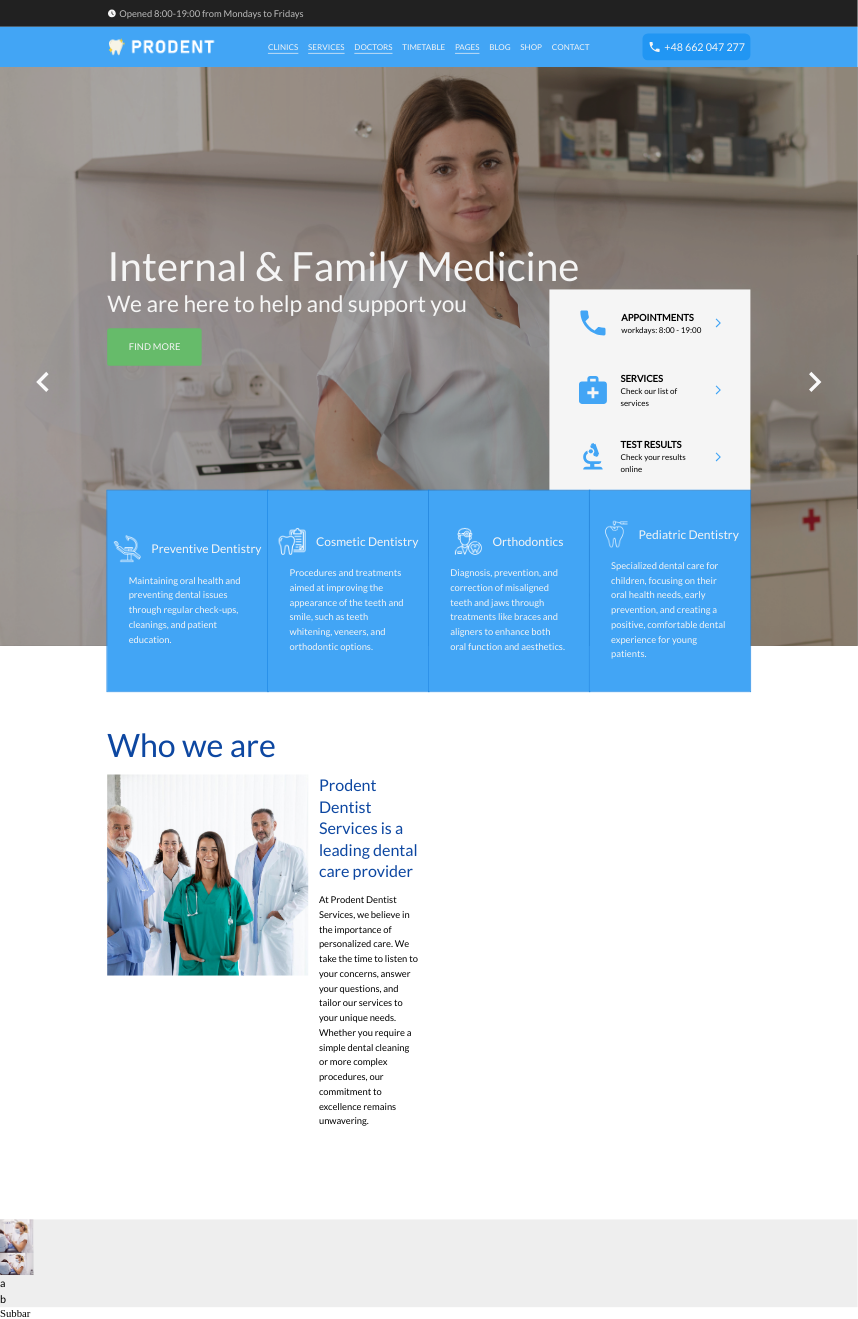
Repository: princ3-web/8
Page: /
These files come from the project's save history. The page is drawn as it stood at one moment and after the next save; the edit follows.
The browser window is 1280 px wide. The pictures show the whole page, at 67% of full size.
The project was rebuilt for these pictures with package versions that can differ from the ones it lists, and the page was loaded fresh each time. Also part of the build but not shown: vite.config.js, src/subpages/About.jsx, src/index.css.

Above is the page before, as saved 2023-11-02 15:30:07.

After the next save:
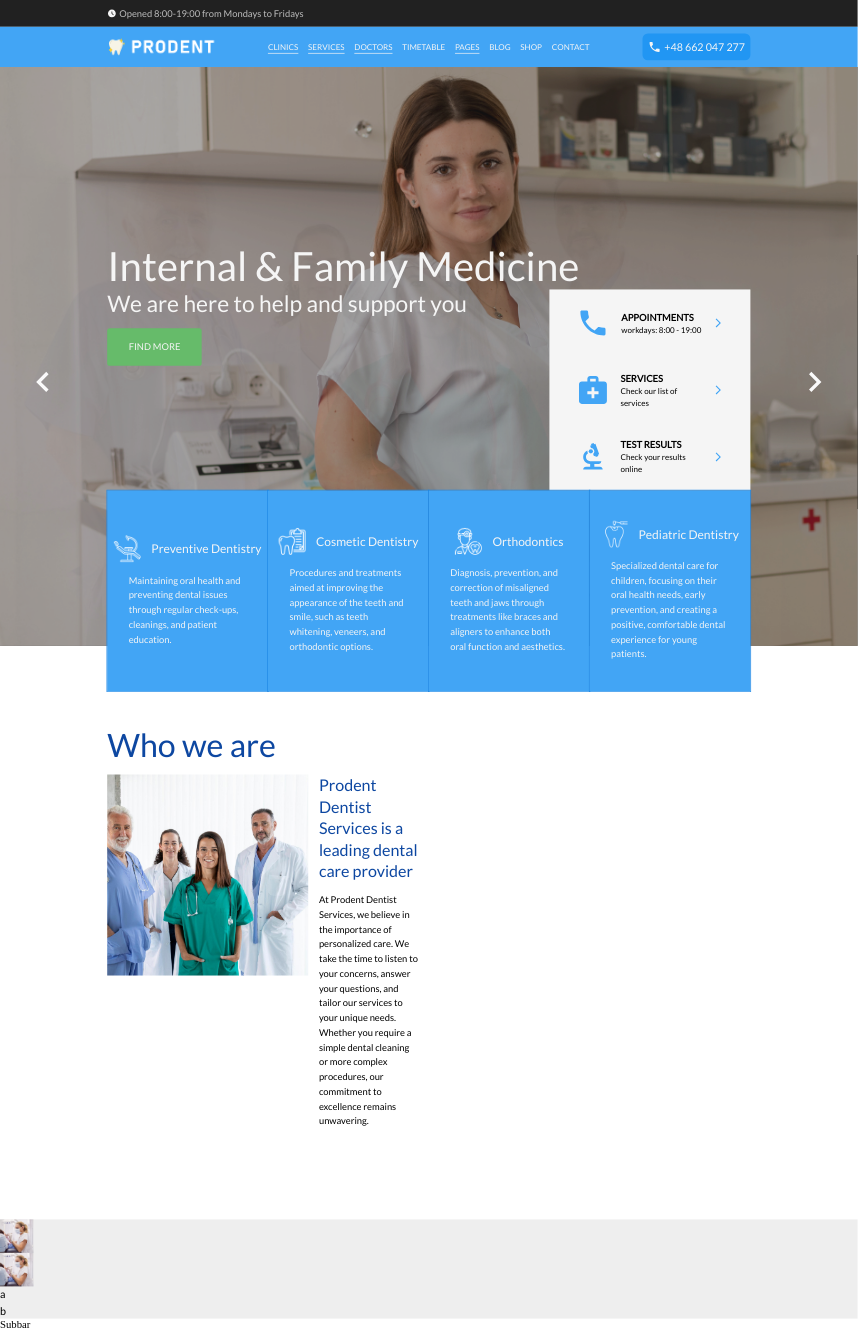
Saved 5 s later.
--- a/src/subpages/Home.jsx
+++ b/src/subpages/Home.jsx
@@ -221,7 +221,7 @@ const Home = () => {
       <Box sx={{backgroundColor: grey[200]}}>
         <CardMedia component="img" src={image5} alt="" sx={{ width: "50px", height: "50px" }} />
         <Box>
-        <CardMedia component="img" src={image5} alt="" sx={{ width: "50px", height: "100%" }} />
+        <CardMedia component="img" src={image5} alt="" sx={{ width: "50px", height: "50px" }} />
         <Typography>a</Typography>
         <Typography>b</Typography>
         </Box>
